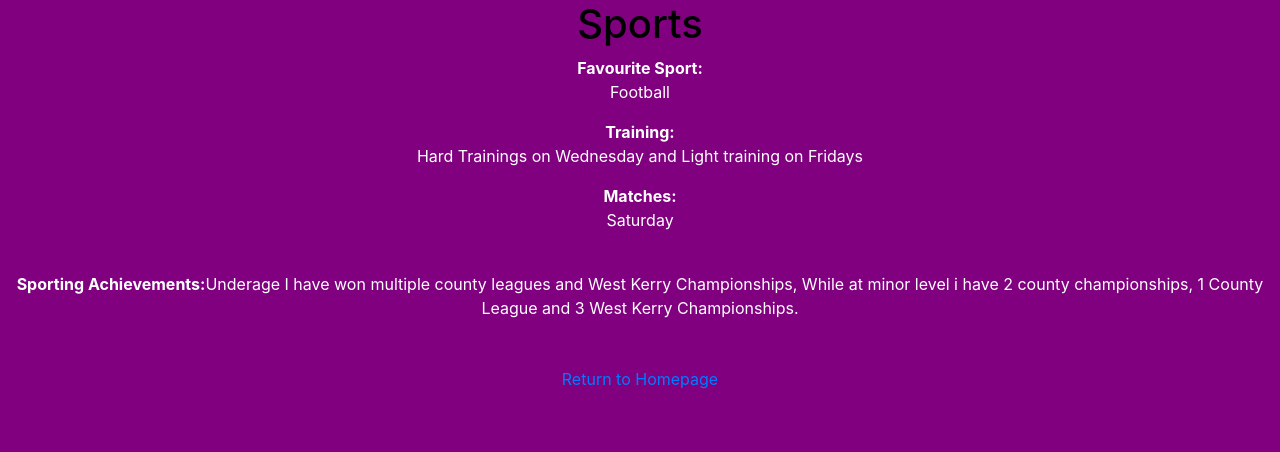
Repository: RuairiBrowne1/is1113117465942
Page: Interests/Sports.html
The author's editor kept a record of every edit. The page is drawn from the files as they stood at one moment, then again after the next edit.
The browser window is 1280 px wide. The pictures show the whole page.
Some web libraries are served in a nearby version.

Above is the page before.

After the next edit:
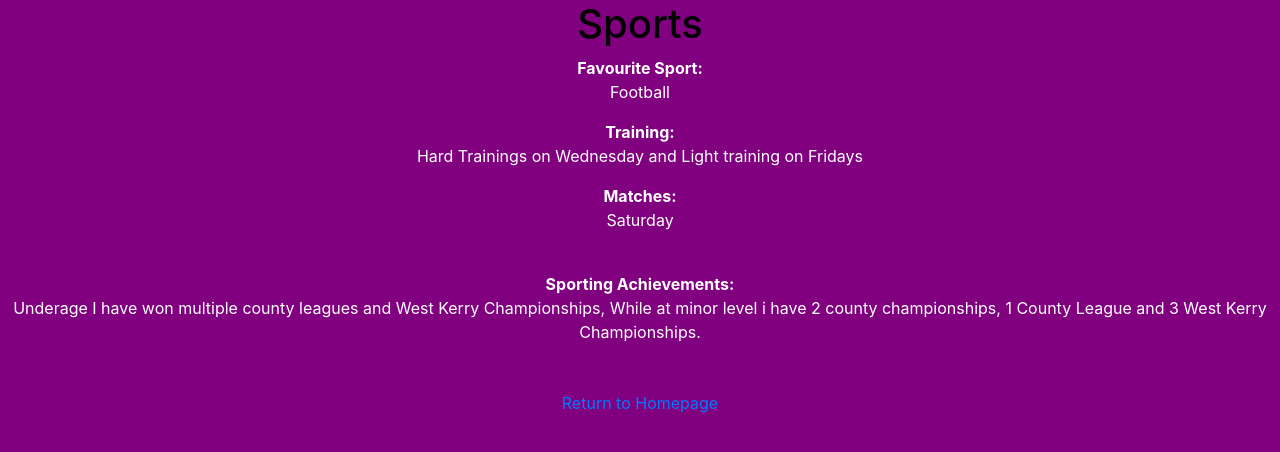
The edit:
--- a/Interests/Sports.html
+++ b/Interests/Sports.html
@@ -30,7 +30,7 @@
         <p><strong>Training:<br></strong>Hard Trainings on Wednesday and Light training on Fridays</p>
         <p><strong>Matches:<br></strong>Saturday</p>
         <br>
-        <p><strong>Sporting Achievements:</strong>Underage I have won multiple county leagues and West Kerry Championships, While at minor level i have 2 county championships, 1 County League and 3 West Kerry Championships.</p>
+        <p><strong>Sporting Achievements:<br></strong>Underage I have won multiple county leagues and West Kerry Championships, While at minor level i have 2 county championships, 1 County League and 3 West Kerry Championships.</p>
         </center>
         <!-- Buttons to navigate the webpage -->
         <br>
